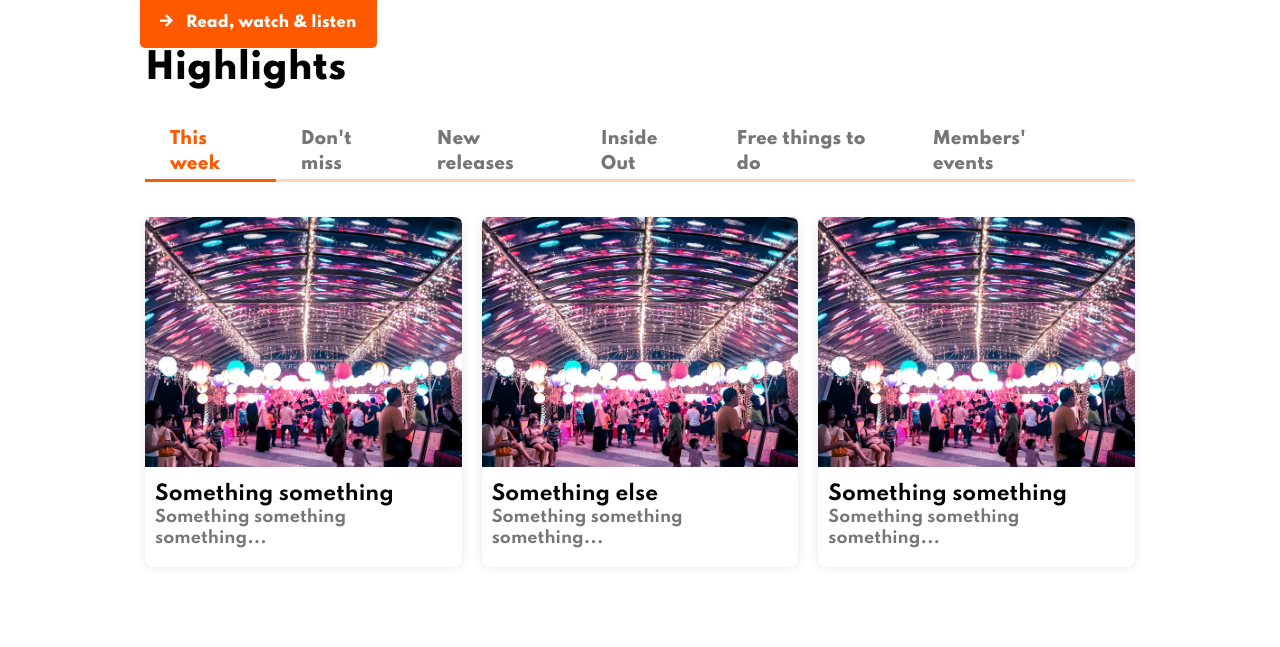
Repository: vvogt/fameworks_vv
Page: /
These files come from the project's save history. The page is drawn as it stood at one moment and after the next save; the edit follows.
The browser window is 1280 px wide. The pictures show the part of the page from y = 607 to 1254 px (the page is 3262 px tall).
Pictures or frames that could not be fetched are drawn as grey boxes. Backgrounds fixed to the window are drawn as part of the page. The project was rebuilt for these pictures with package versions that can differ from the ones it lists, and the page was loaded fresh each time. Also part of the build but not shown: src/components/NotFound.js. Imported but missing from the stored project, and not drawn on this page: src/assets/videos/seald_fullhd.mp4.

Above is the page before, as saved 2020-05-07 15:22:09.

After the next save:
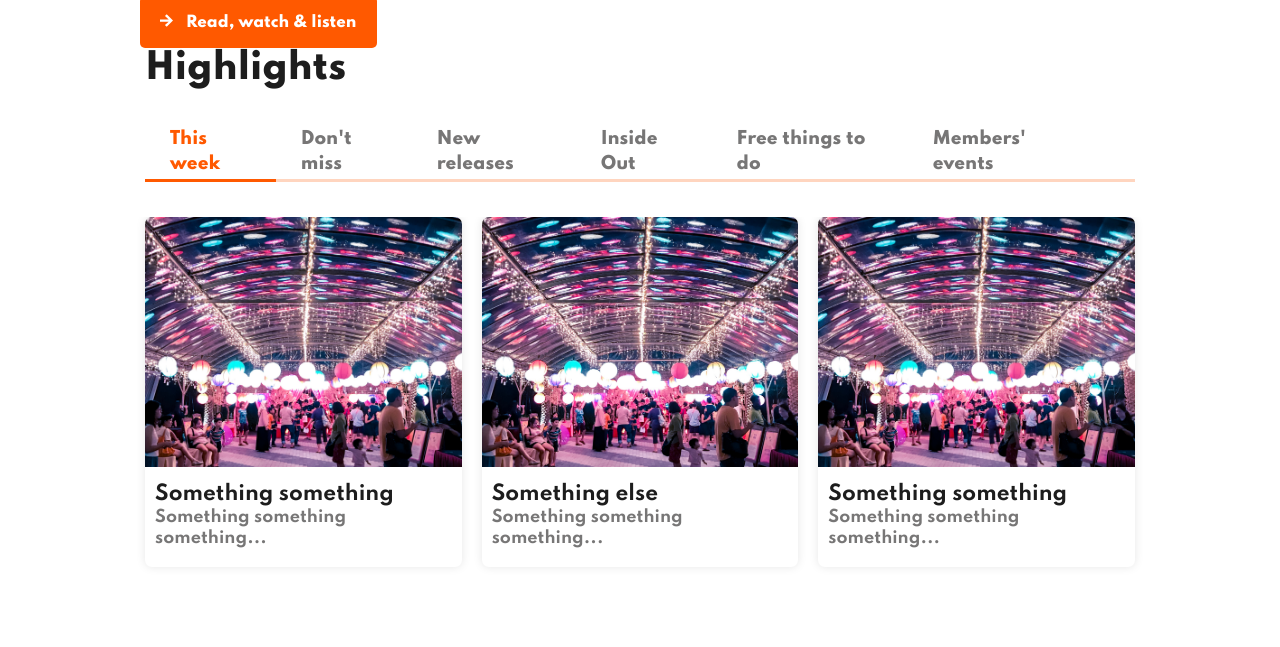
Saved 53 s later.
--- a/src/scss/_settings.variables.scss
+++ b/src/scss/_settings.variables.scss
@@ -8,7 +8,7 @@
 $font_btn: rem-calc(15);
 
 // Colors
-$black: #000000;
+$black: #1d1d1d;
 $gray-dark: #777676;
 $gray-light: #f4f4f4;
 $white: #ffffff;
